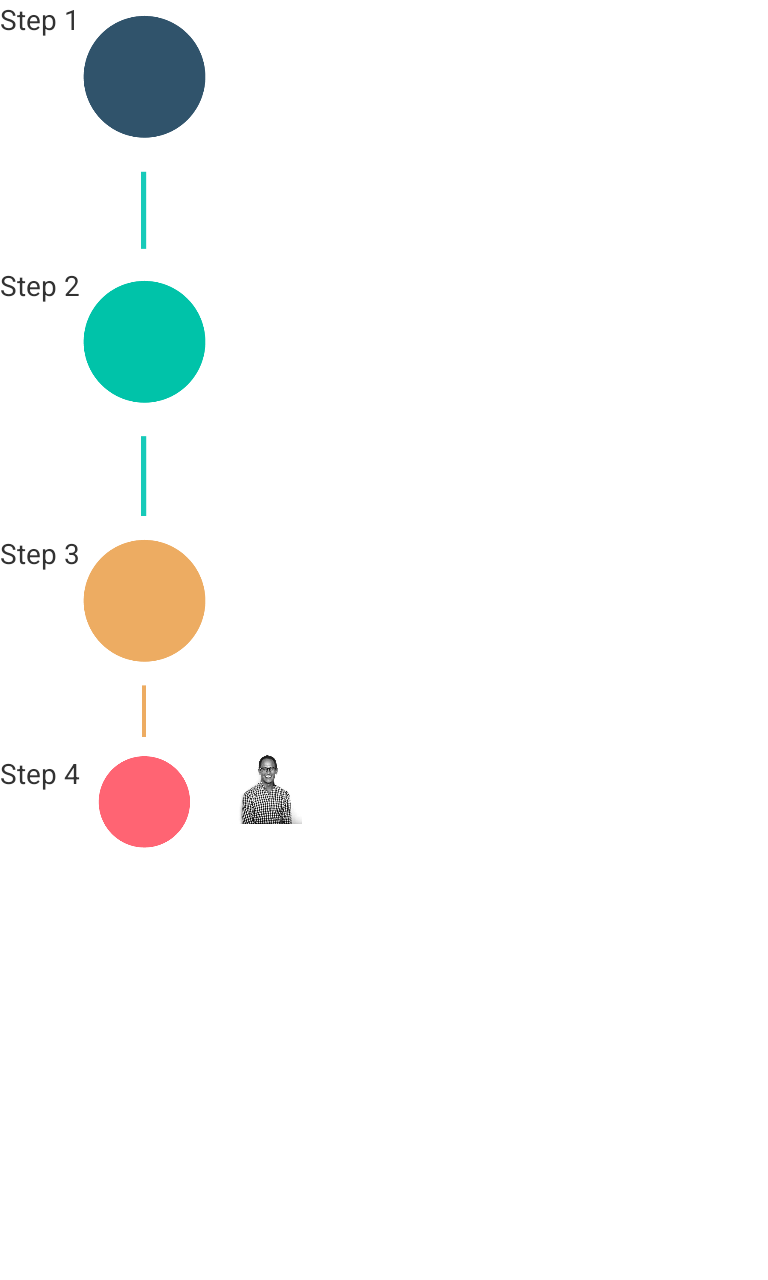
Repository: ladsumit/hackathon
Layout: VisaValetRelaunch/res/layout/user_activity.xml
An editor plug-in stored every save of this project. The layout is shown before and after the next save, followed by the edit.
It is drawn on a 768 x 1280 px phone screen (xhdpi) without system bars, with theme AppTheme; the app's code is not run.

Above is the layout before, as saved 2015-05-31 21:53:29.

### VisaValetRelaunch/res/layout/user_activity.xml
<RelativeLayout xmlns:android="http://schemas.android.com/apk/res/android"
    xmlns:tools="http://schemas.android.com/tools"
    android:layout_width="match_parent"
    android:layout_height="match_parent"
    android:onClick="signup"

    tools:context="com.visa.valet.MainActivity" >

    <LinearLayout
        android:layout_width="wrap_content"
        android:layout_height="wrap_content"
        android:layout_alignParentLeft="true"
        android:layout_alignParentRight="true"
        android:layout_alignParentTop="true"
        android:orientation="vertical" >

        <LinearLayout
            android:layout_width="match_parent"
            android:layout_height="77dp" >

            <TextView
                android:id="@+id/textView1"
                android:layout_width="wrap_content"
                android:layout_height="wrap_content"
                android:text="Step 1" />

            <ImageView
                android:id="@+id/imageView6"
                android:layout_width="64dp"
                android:layout_height="match_parent"
                android:src="@drawable/circle_navy" />

            <ImageView
                android:id="@+id/imageView7"
                android:layout_width="wrap_content"
                android:layout_height="wrap_content"
                android:src="@drawable/empty" />

        </LinearLayout>

        <LinearLayout
            android:layout_width="match_parent"
            android:layout_height="56dp" >

            <ImageView
                android:id="@+id/imageView1"
                android:layout_width="40dp"
                android:layout_height="47dp"
                android:src="@drawable/empty" />

            <ImageView
                android:id="@+id/ImageView07"
                android:layout_width="64dp"
                android:layout_height="match_parent"
                android:src="@drawable/approved" />

            <ImageView
                android:id="@+id/ImageView08"
                android:layout_width="54dp"
                android:layout_height="54dp"
                android:src="@drawable/empty" />
        </LinearLayout>

        <LinearLayout
            android:layout_width="match_parent"
            android:layout_height="76dp" >

            <TextView
                android:id="@+id/textView2"
                android:layout_width="wrap_content"
                android:layout_height="wrap_content"
                android:text="Step 2" />

            <ImageView
                android:id="@+id/ImageView01"
                android:layout_width="64dp"
                android:layout_height="match_parent"
                android:src="@drawable/circle_green" />

            <ImageView
                android:id="@+id/ImageView02"
                android:layout_width="wrap_content"
                android:layout_height="wrap_content"
                android:src="@drawable/empty" />
        </LinearLayout>

        <LinearLayout
            android:layout_width="match_parent"
            android:layout_height="58dp" >

            <ImageView
                android:id="@+id/ImageView09"
                android:layout_width="40dp"
                android:layout_height="47dp"
                android:src="@drawable/empty" />

            <ImageView
                android:id="@+id/ImageView10"
                android:layout_width="64dp"
                android:layout_height="match_parent"
                android:src="@drawable/approved" />

            <ImageView
                android:id="@+id/ImageView11"
                android:layout_width="54dp"
                android:layout_height="54dp"
                android:src="@drawable/empty" />
        </LinearLayout>

        <LinearLayout
            android:layout_width="match_parent"
            android:layout_height="67dp" >

            <TextView
                android:id="@+id/textView3"
                android:layout_width="wrap_content"
                android:layout_height="wrap_content"
                android:text="Step 3" />

            <ImageView
                android:id="@+id/ImageView03"
                android:layout_width="64dp"
                android:layout_height="match_parent"
                android:layout_below="@+id/ImageView01"
                android:src="@drawable/circle_yellow" />

            <ImageView
                android:id="@+id/ImageView04"
                android:layout_width="wrap_content"
                android:layout_height="wrap_content"
                android:src="@drawable/empty" />
        </LinearLayout>

        <LinearLayout
            android:layout_width="match_parent"
            android:layout_height="43dp" >

            <ImageView
                android:id="@+id/ImageView12"
                android:layout_width="40dp"
                android:layout_height="47dp"
                android:src="@drawable/empty" />

            <ImageView
                android:id="@+id/ImageView13"
                android:layout_width="64dp"
                android:layout_height="match_parent"
                android:src="@drawable/yellowline" />

            <ImageView
                android:id="@+id/ImageView14"
                android:layout_width="54dp"
                android:layout_height="54dp"
                android:src="@drawable/empty" />
        </LinearLayout>

        <LinearLayout
            android:layout_width="match_parent"
            android:layout_height="48dp" >

            <TextView
                android:id="@+id/textView4"
                android:layout_width="wrap_content"
                android:layout_height="wrap_content"
                android:text="Step 4" />

            <ImageView
                android:id="@+id/ImageView05"
                android:layout_width="64dp"
                android:layout_height="match_parent"
                android:src="@drawable/circle_red" />

            <ImageView
                android:id="@+id/ImageView06"
                android:layout_width="59dp"
                android:layout_height="35dp"
                android:src="@drawable/lawyer" />
        </LinearLayout>

    </LinearLayout>

</RelativeLayout>

Loaded but not shown: VisaValetRelaunch/res/values/styles.xml (common file)

After the next save:
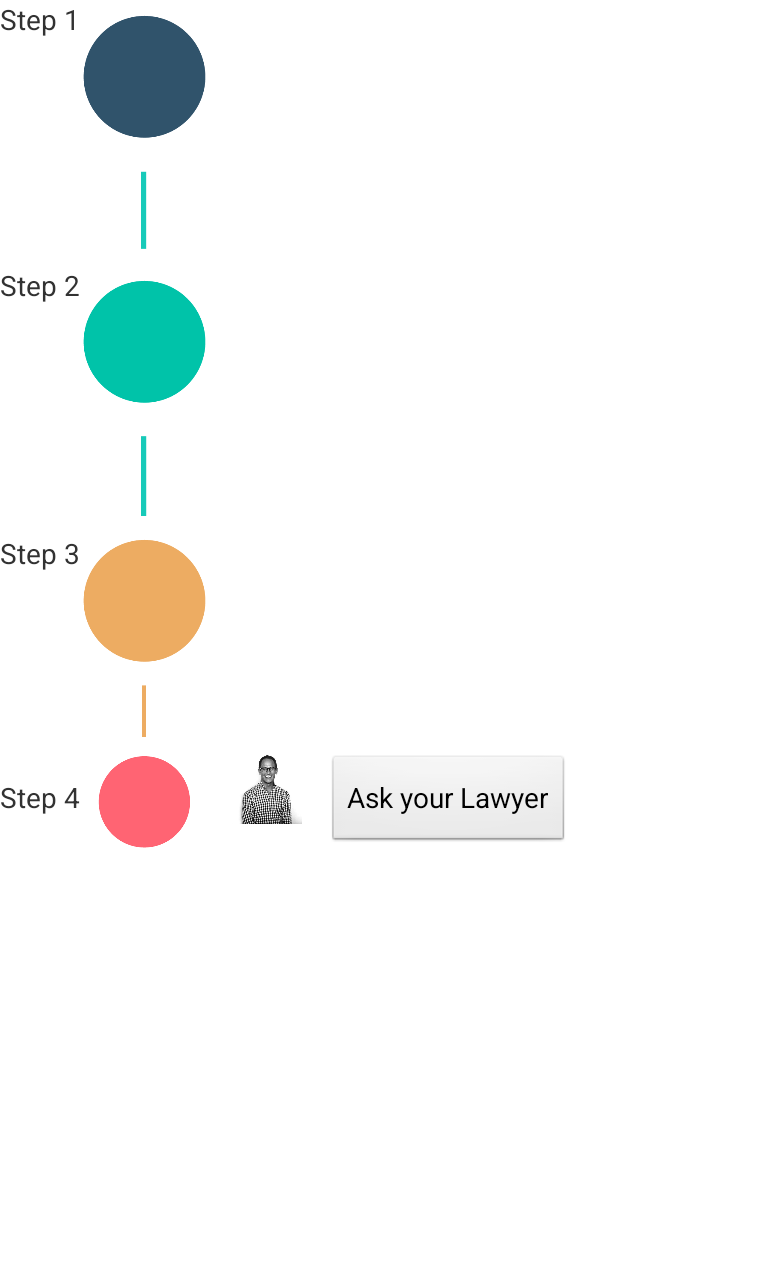
Saved 15 min 31 s later.
--- a/VisaValetRelaunch/res/layout/user_activity.xml
+++ b/VisaValetRelaunch/res/layout/user_activity.xml
@@ -175,6 +175,13 @@
                 android:layout_width="59dp"
                 android:layout_height="35dp"
                 android:src="@drawable/lawyer" />
+
+            <Button
+                android:id="@+id/button1"
+                android:layout_width="wrap_content"
+                android:layout_height="wrap_content"
+                android:text="Ask your Lawyer" />
+
         </LinearLayout>
 
     </LinearLayout>
